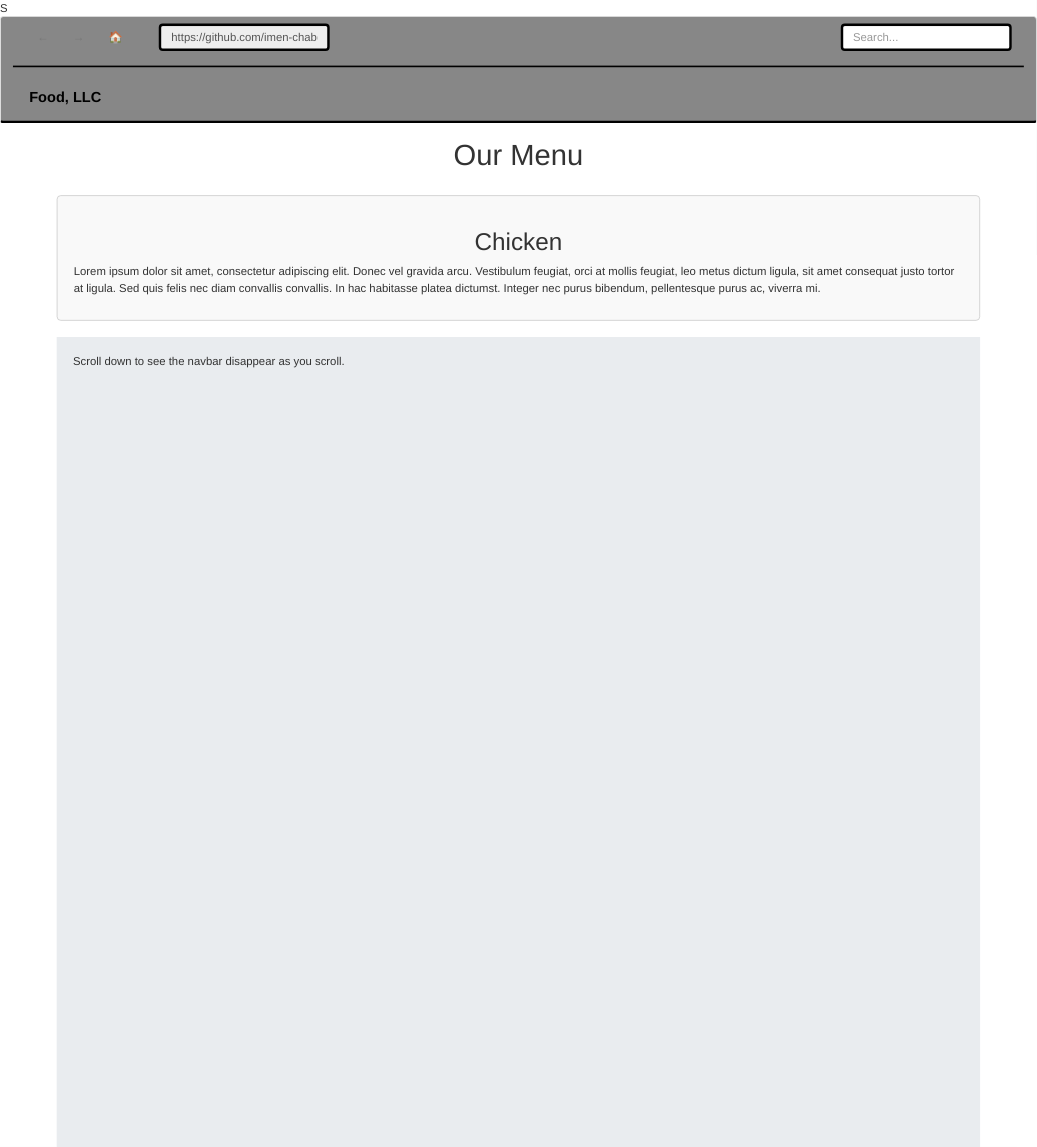
Repository: imen-chabchoub/coursera-test1
Page: mod3-solution/index.html
An editor plug-in stored every save of this project. The page is shown before and after the next save, followed by the edit.
The browser window is 1280 px wide. The pictures show the whole page, at 81% of full size.

Above is the page before, as saved 2025-02-12 15:44:44.

### mod3-solution/index.html
<!DOCTYPE html>
<html lang="en">
<head>
    <meta charset="UTF-8">
    <meta name="viewport" content="width=device-width, initial-scale=1.0">
    <title>Food, LLC</title>
    <link rel="stylesheet" href="https://maxcdn.bootstrapcdn.com/bootstrap/3.3.7/css/bootstrap.min.css">S
    <link rel="stylesheet" href="css/style.css">
    <!--<link rel="stylesheet" href="css/bootstrap-theme.css">
    <link rel="stylesheet" href="css/bootstrap-theme.min.css">
    <link rel="stylesheet" href="css/bootstrap-theme.min.css.map">
    <link rel="stylesheet" href="css/bootstrap-theme.css.map">
    <link rel="stylesheet" href="css/bootstrap.css">
    <link rel="stylesheet" href="css/bootstrap.css.map">
    <link rel="stylesheet" href="css/bootstrap.min.css.map">
    <link rel="stylesheet" href="css/bootstrap.min.css">-->
</head>
<body>
    <!-- Navbar -->
    <nav class="navbar navbar-default">
        <div class="container-fluid">
            <!-- Brand and toggle get grouped for better mobile display -->
            <div class="navbar-header">
                <button type="button" class="navbar-toggle collapsed" data-toggle="collapse" data-target="#navbar-collapse">
                    <span class="sr-only">Toggle navigation</span>
                    <span class="icon-bar"></span>
                    <span class="icon-bar"></span>
                    <span class="icon-bar"></span>
                </button>
            </div>

            <!-- Collect the nav links, forms, and other content for toggling -->
            <div class="collapse navbar-collapse" id="navbar-collapse">
                <ul class="nav navbar-nav visible-xs">
                    <li><a href="#">Chicken</a></li>
                    <li><a href="#">Beef</a></li>
                    <li><a href="#">Sushi</a></li>
                </ul>
                <ul class="nav navbar-nav hidden-xs">
                    <li><a href="#" class="nav-back">←</a></li>
                    <li><a href="#" class="nav-forward">→</a></li>
                    <li><a href="#" class="nav-home">🏠</a></li>
                </ul>
                <div class="navbar-form navbar-left hidden-xs">
                    <input type="text" class="form-control nav-url" value="https://github.com/imen-chabchoub/coursera-test/tree/module2-solution" readonly>
                </div>
                <div class="navbar-form navbar-right hidden-xs">
                    <input type="text" class="form-control search" placeholder="Search...">
                </div>
            </div><!-- /.navbar-collapse -->
            <div class="navbar-divider"></div>
            <span class="navbar-brand-text">Food, LLC</span>
        </div><!-- /.container-fluid -->
    </nav>

    <!-- Content -->
    <div class="container">
        <h1 class="text-center">Our Menu</h1>
        <div class="row">
            <div class="col-xs-12">
                <div class="menu-section">
                    <h2 class="text-center">Chicken</h2>
                    <p>Lorem ipsum dolor sit amet, consectetur adipiscing elit. Donec vel gravida arcu. Vestibulum feugiat, orci at mollis feugiat, leo metus dictum ligula, sit amet consequat justo tortor at ligula. Sed quis felis nec diam convallis convallis. In hac habitasse platea dictumst. Integer nec purus bibendum, pellentesque purus ac, viverra mi.</p>
                </div>
            </div>
        </div>
        <div class="row">
            <div class="col-xs-12">
                <div class="tall-section">
                    <p>Scroll down to see the navbar disappear as you scroll.</p>
                </div>
            </div>
        </div>
    </div>

    <!--<script src="js/bootstrap.js"></script>
    <script src="js/bootstrap.min.js"></script>
    <script src="js/jquery-1.11.3.min.js"></script>
    <script src="js/npm.js"></script>
    <script src="js/script.js"></script>-->
    <script src="https://ajax.googleapis.com/ajax/libs/jquery/1.12.4/jquery.min.js"></script>
    <script src="https://maxcdn.bootstrapcdn.com/bootstrap/3.3.7/js/bootstrap.min.js"></script>
</body>
</html>

### mod3-solution/css/style.css

.navbar {
    margin-bottom: 0;
    background-color: #878787;
    border-bottom: black solid;
}

.navbar-divider {
    border-top: 2px solid black;
    margin-top: 10px;
    margin-bottom: 10px;
}

.navbar-text {
    text-align: center;
    width: 100%;
    padding-top: 10px;
}
.navbar-brand-text {
    font-weight: bold;
    color: black;
    font-size: 18px;
    padding: 15px 20px;
    display: inline-block;
}


.nav-url {
    width: 40%;
    margin: 0 15px;
    border: black solid;
    border-radius: 5px;
    font-size: 14px;
    background-color: #f0f0f0;
}

.search {
    width: 150px;
    border: black solid;
    border-radius: 5px;
}
.menu-section {
    border: 1px solid #ccc;
    padding: 20px;
    margin-top: 20px;
    border-radius: 5px;
    background-color: #f9f9f9;
}

.tall-section {
    height: 1000px;
    background-color: #e9ecef;
    margin-top: 20px;
    padding: 20px;
}

After the next save:
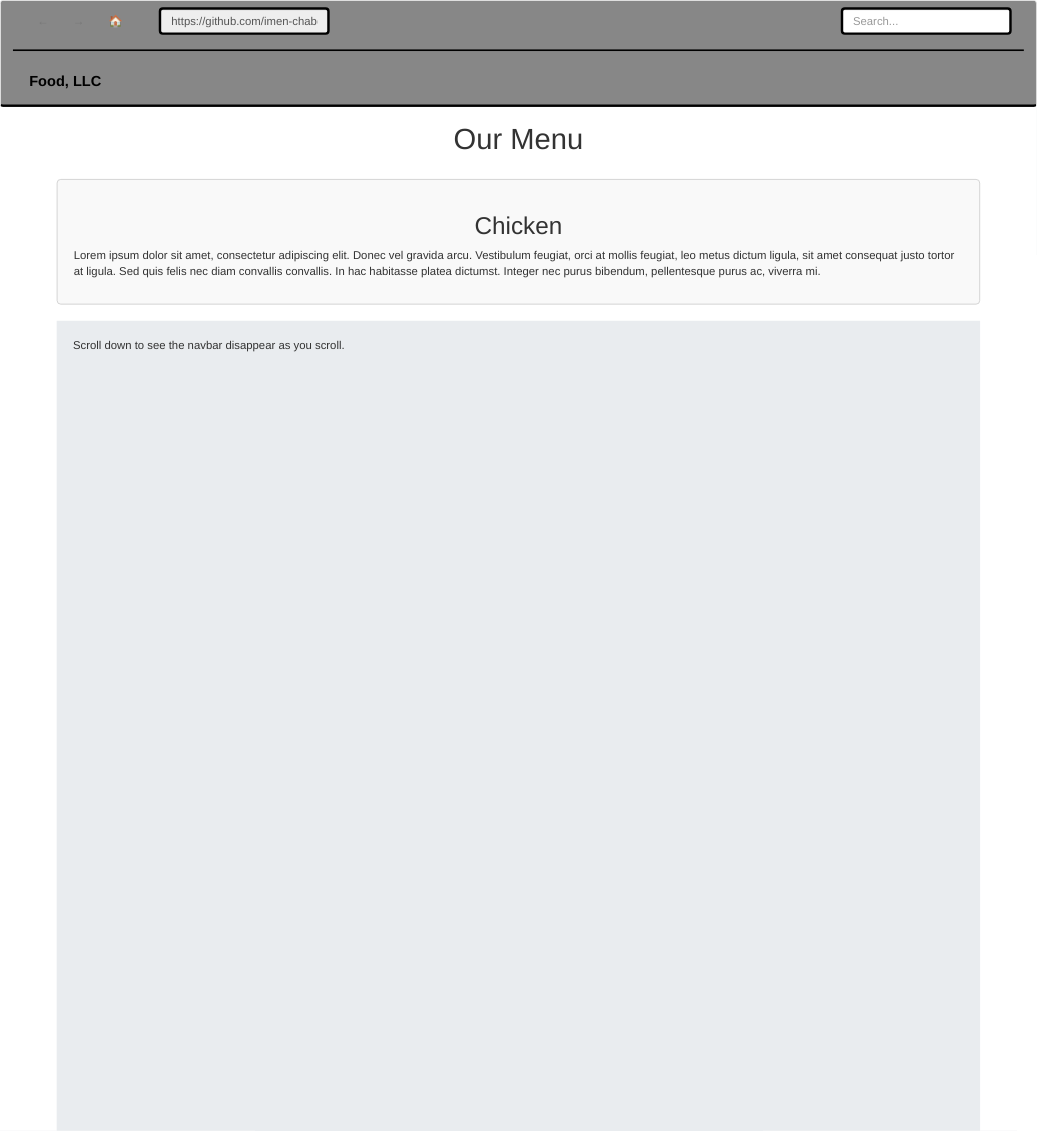
Saved 28 s later.
--- a/mod3-solution/index.html
+++ b/mod3-solution/index.html
@@ -4,7 +4,7 @@
     <meta charset="UTF-8">
     <meta name="viewport" content="width=device-width, initial-scale=1.0">
     <title>Food, LLC</title>
-    <link rel="stylesheet" href="https://maxcdn.bootstrapcdn.com/bootstrap/3.3.7/css/bootstrap.min.css">S
+    <link rel="stylesheet" href="https://maxcdn.bootstrapcdn.com/bootstrap/3.3.7/css/bootstrap.min.css">
     <link rel="stylesheet" href="css/style.css">
     <!--<link rel="stylesheet" href="css/bootstrap-theme.css">
     <link rel="stylesheet" href="css/bootstrap-theme.min.css">
